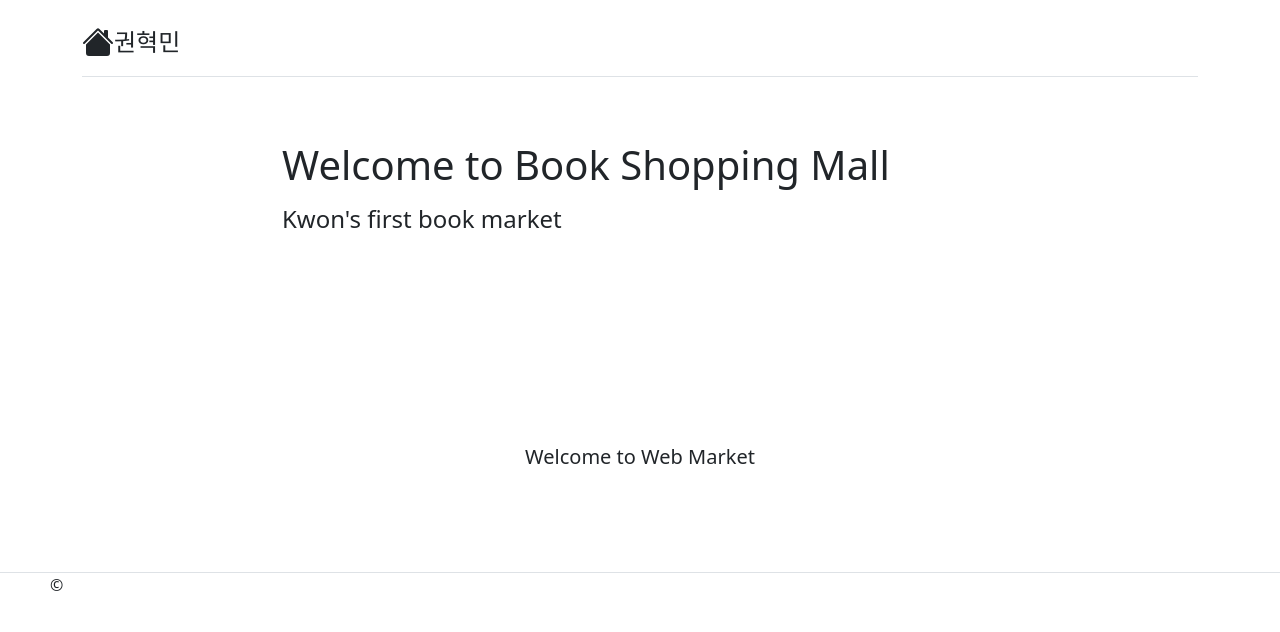
Repository: minn0701/JSP-Webbprogramming
Page: http://localhost/BookMarket/Welcome.jsp
These files come from the project's save history. The page is drawn as it stood at one moment and after the next save; the edit follows.
The browser window is 1280 px wide. The pictures show the whole page.
The page is served by Tomcat 9.

Above is the page before, as saved 2024-03-20 13:30:03.

### BookMarket/src/main/webapp/Welcome.jsp
<%@ page language="java" contentType="text/html; charset=EUC-KR"
    pageEncoding="EUC-KR"%>
<!DOCTYPE html>
<html>
<head>
    <link href="https://cdn.jsdelivr.net/npm/bootstrap@5.3.0-alpha1/dist/css/bootstrap.min.css" rel="stylesheet">
	<title>Welcome</title>
</head>
<body>

<%! String greet = "Welcome to Book Shopping Mall";
	String introduce = "Kwon's first book market"; %>

	<style>
		.left {
		padding-left: 200px;
		}
	</style>

<div class="container py-4">
    <header class="pb-3 mb-4 border-bottom"> <%-- 줄 만드는거 --%>
      <a href="./welcome.jsp" class="d-flex align-items-center text-dark text-decoration-none">

      <svg  width="32" height="32" fill="currentColor" class="bi bi-house-fill" viewBox="0 0 16 16">
  			<path d="M8.707 1.5a1 1 0 0 0-1.414 0L.646 8.146a.5.5 0 0 0 .708.708L8 2.207l6.646 6.647a.5.5 0 0 0 .708-.708L13 5.793V2.5a.5.5 0 0 0-.5-.5h-1a.5.5 0 0 0-.5.5v1.293L8.707 1.5Z"/>
  			<path d="m8 3.293 6 6V13.5a1.5 1.5 0 0 1-1.5 1.5h-9A1.5 1.5 0 0 1 2 13.5V9.293l6-6Z"/>
		</svg>   <%-- 집모양 아이콘 --%>

        <span class="fs-4"> 권혁민</span>

        </a>

</div>

<div class="container py-10 mb-50">


      <p><h1 class="left"><%= greet %> </h1><p>
      <h4 class="left"><%= introduce %> </h4>

</div>

<div style="
    padding-top: 200px;
    font-size:20px;
">

<center>Welcome to Web Market</center>


</div>

<div style="margin-top:100px;"


>
<header class="pb-3 mb-4 border-top">
<div style="padding-left:50px;"> &copy; </div>



</div>


</body>
</html>

After the next save:
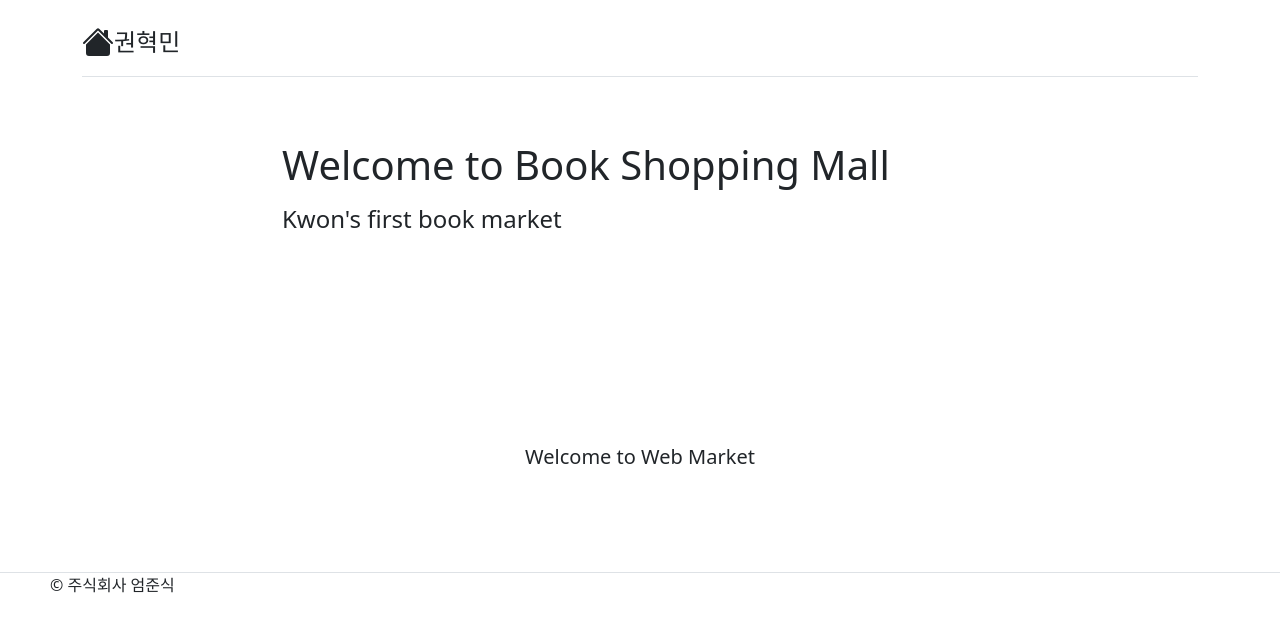
Saved 16 s later.
--- a/BookMarket/src/main/webapp/Welcome.jsp
+++ b/BookMarket/src/main/webapp/Welcome.jsp
@@ -55,7 +55,7 @@
 
 >
 <header class="pb-3 mb-4 border-top">
-<div style="padding-left:50px;"> &copy; </div>
+<div style="padding-left:50px;"> &copy; 주식회사 엄준식</div>
 
 
 
